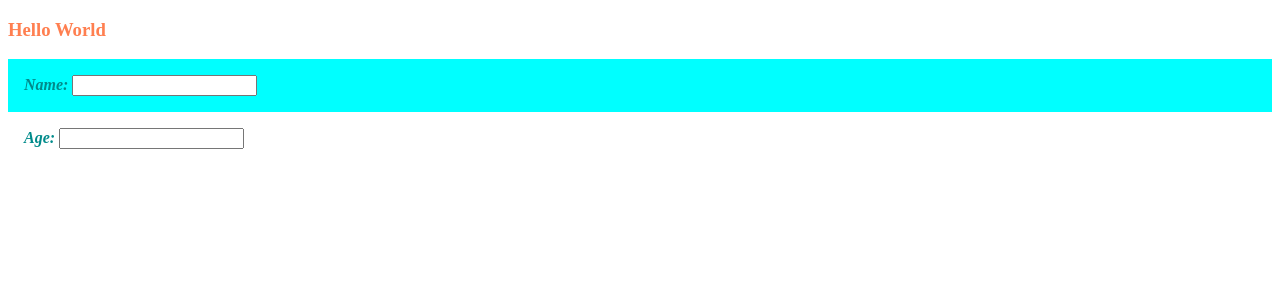
Repository: rodwestmoreland/1150
Page: index.html
An editor plug-in stored every save of this project. The page is shown before and after the next save, followed by the edit.
The browser window is 1280 px wide. The pictures show the whole page.

Above is the page before, as saved 2021-01-25 10:32:13.

After the next save:
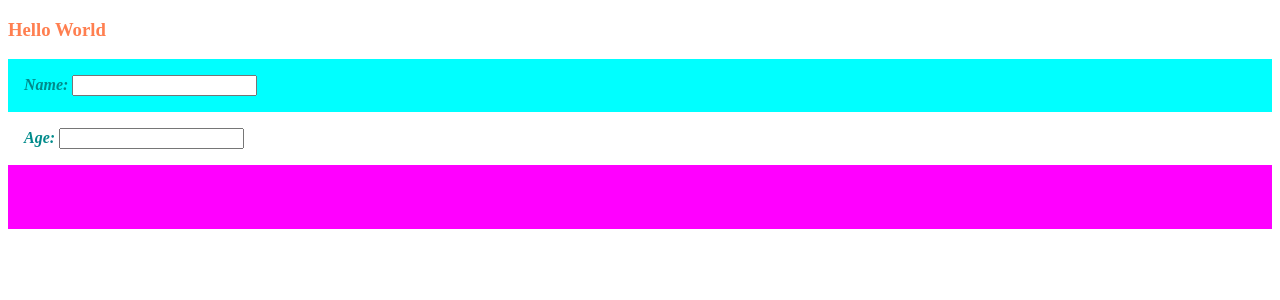
Saved 13 s later.
--- a/index.html
+++ b/index.html
@@ -22,7 +22,7 @@
             <input type="number" id="ageInput">
         </div>
     </form>
-    <div class="magenta">
+    <div class="footer magenta">
 
     </div>
 
